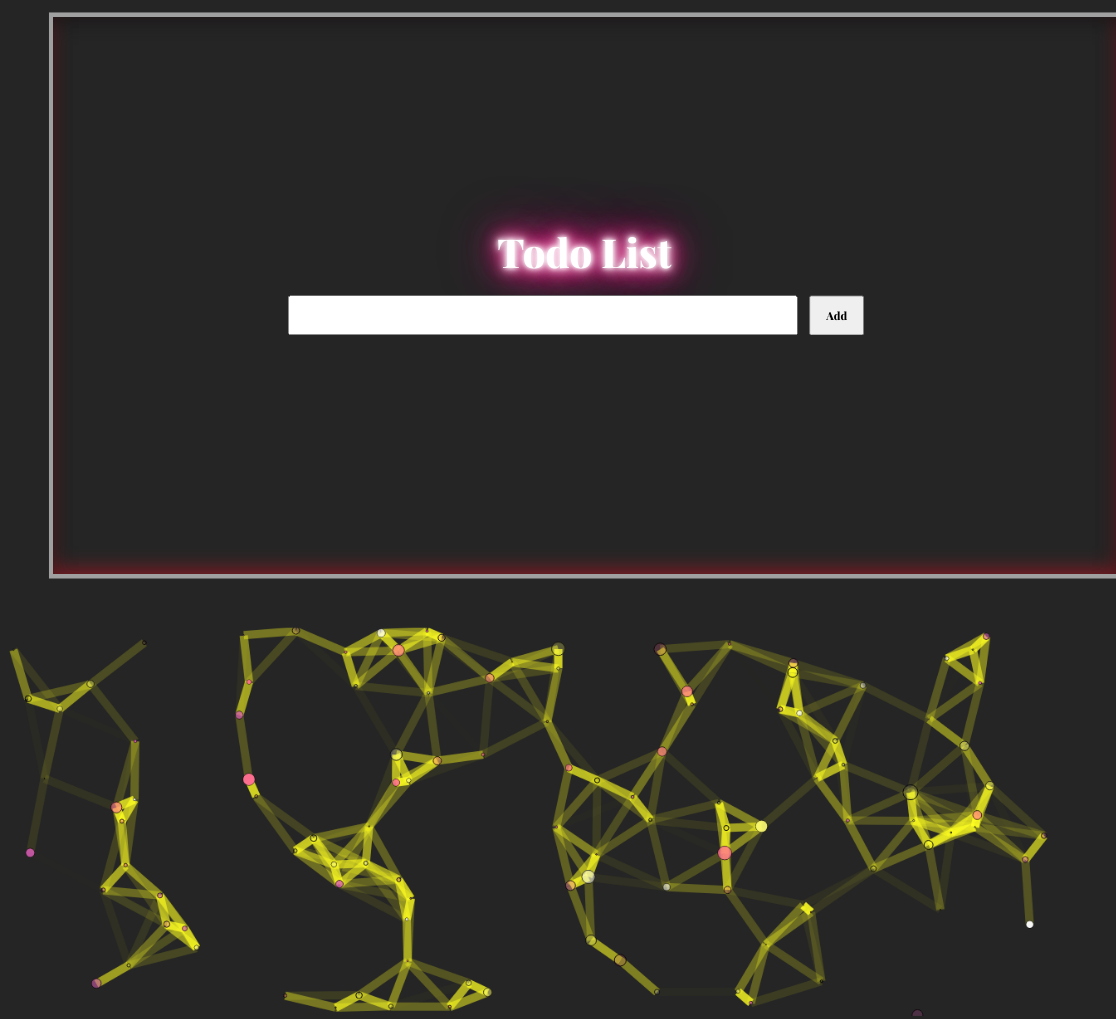
Repository: TENSAEA/----todo
Page: index.html
The author's editor kept a copy of each file at every save. The page is drawn from the files as they stood at one save, then again after the next save.
The browser window is 1280 px wide. The page is 1344 px wide, so the pictures cover 1344 px, including what lies to the right of the window. The pictures show the whole page, at 83% of full size.
Some web fonts or font styles are not loaded; a fallback is used.

Above is the page before, as saved 2023-10-25 14:50:49.

After the next save:
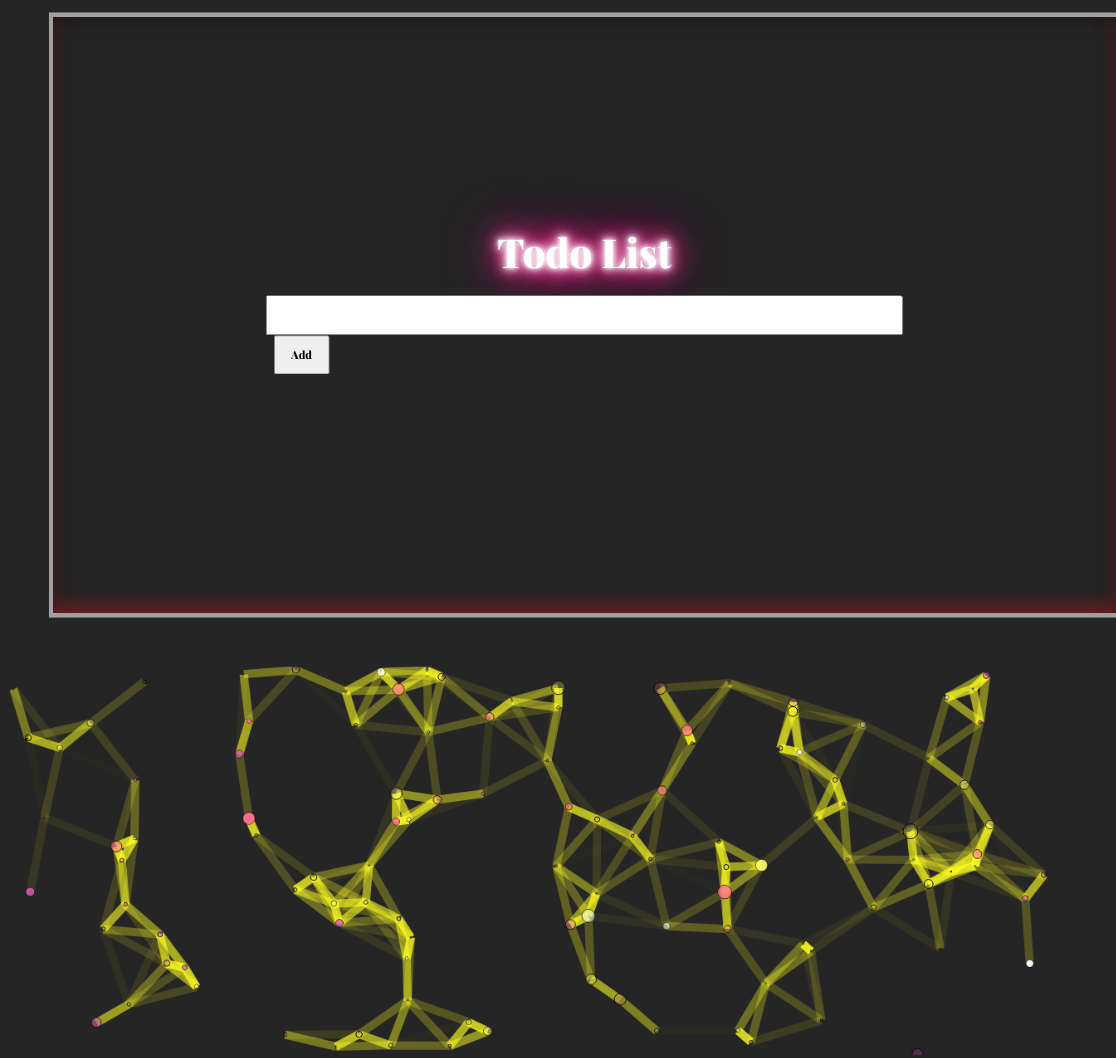
Saved 38 s later.
--- a/style.css
+++ b/style.css
@@ -50,8 +50,8 @@ color: #FFFFFF;
 
 #add{
     padding: 1em;
-    width:80%;
-    margin-left:2em;
+    width:100%;
+    margin:auto;
 }
 .form label button{
     padding:1em;
